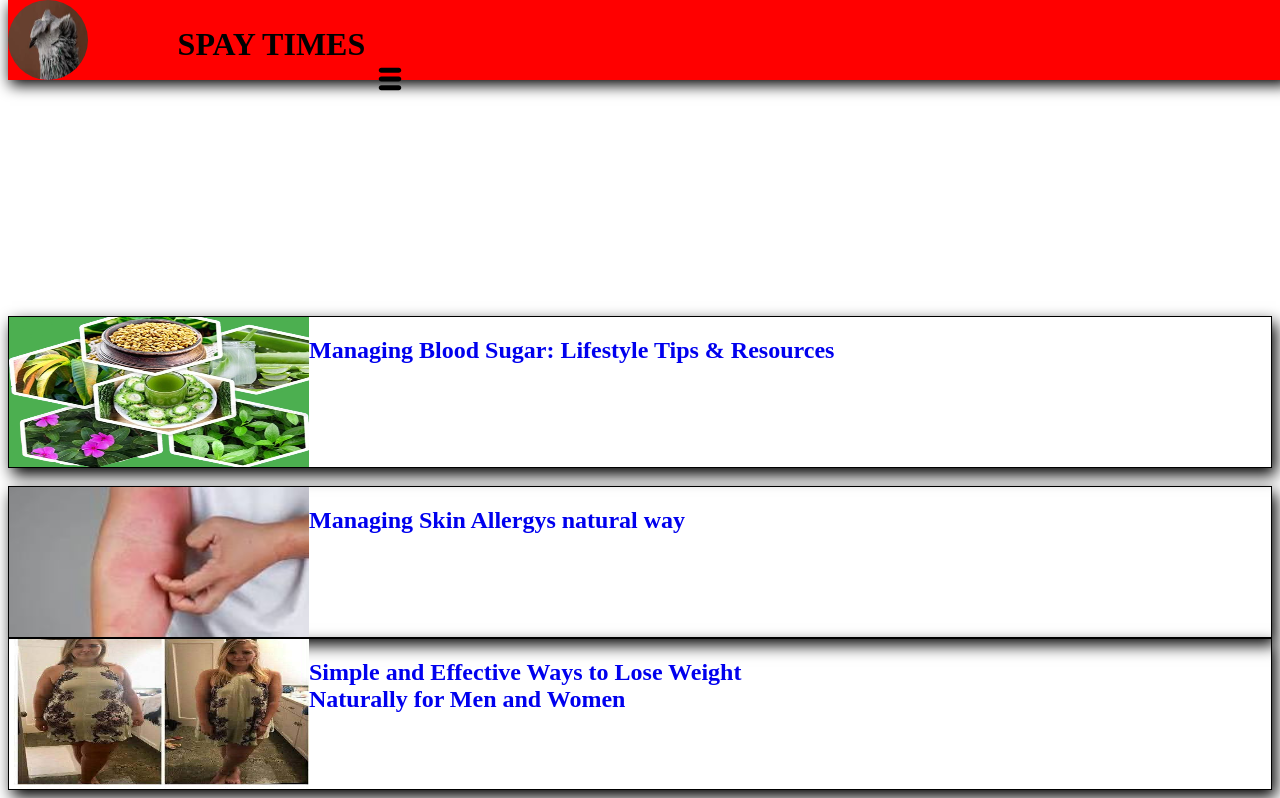
Repository: ridhukhan/spytimes
Page: /health
An editor plug-in stored every save of this project. The page is shown before and after the next save, followed by the edit.
The browser window is 1280 px wide. The pictures show the whole page.
The project was rebuilt for these pictures with package versions that can differ from the ones it lists, and the page was loaded fresh each time. Also part of the build but not shown: vite.config.js, src/components/ads/ExoclicBanner.jsx, src/components/ads/MagSrvInPlaceAd.jsx, src/pages/home/Home.jsx, src/components/policy/PrivecyPolicy.jsx, src/components/policy/Terms.jsx, src/components/trending/TrendingDetails.jsx, src/pages/heath/Dieabeties.jsx and 2 more.

Above is the page before, as saved 2026-01-15 12:49:10.

After the next save:
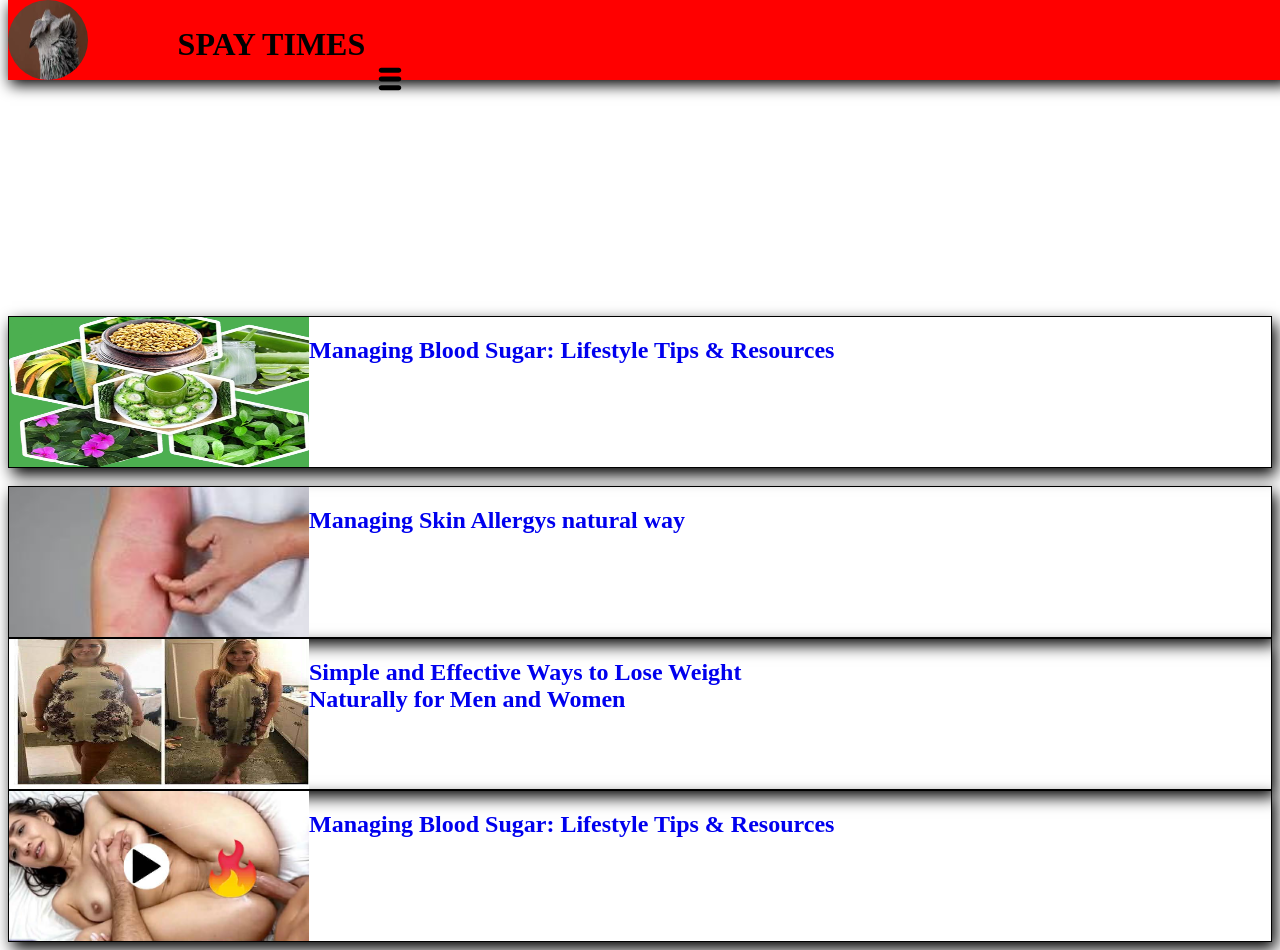
Saved 2 min 12 s later.
--- a/src/pages/heath/Health.jsx
+++ b/src/pages/heath/Health.jsx
@@ -2,6 +2,7 @@ import React from 'react'
 import diabetes from "../../assets/diabetes01.png"
 import alergy from "../../assets/Allergy.jpeg"
 import weightlose from "../../assets/weightlose.jpeg"
+import bangla1 from "../../assets/bangla1.jpeg"
 
 import { Link } from 'react-router-dom'
 const Health = () => {
@@ -22,7 +23,10 @@ const Health = () => {
 <img src={weightlose} alt="Natural ways to support Weight Lose"  style={{width:"300px", height:"150px"}}/>
 <Link to={"/weightlose"}><h2 >Simple and Effective Ways to Lose Weight <br /> Naturally for Men and Women</h2></Link>
 </div>
-
+<div style={{display:"flex", boxShadow:"4px 7px 15px black", border:"1px solid black"}}>
+<img src={bangla1} alt="Healthy lifestyle tips for supporting blood suger"  style={{width:"300px", height:"150px"}}/>
+<Link to={"/blood-sugar-natural-tips"}><h2 >Managing Blood Sugar: Lifestyle Tips & Resources</h2></Link>
+</div>
     </div>
   )
 }
